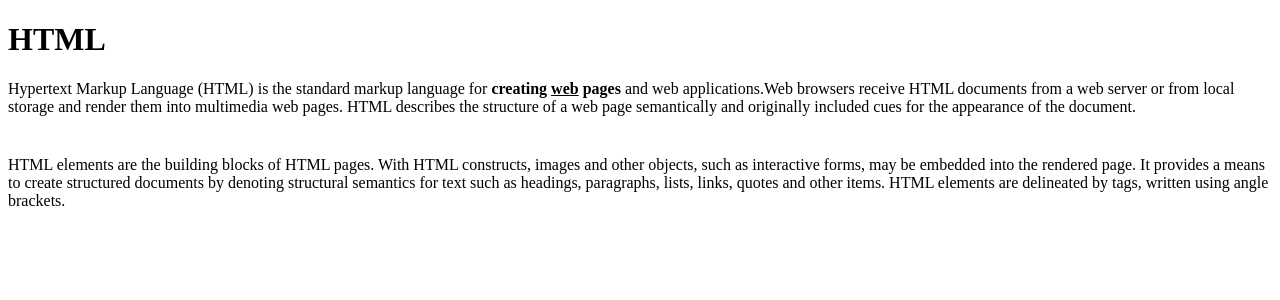
Repository: youngsik0405/Web-study
Page: Practice/WebContent/1.html
The author's editor kept a copy of each file at every save. The page is drawn from the files as they stood at one save, then again after the next save.
The browser window is 1280 px wide. The pictures show the whole page.

Above is the page before, as saved 2025-01-20 11:28:03.

After the next save:
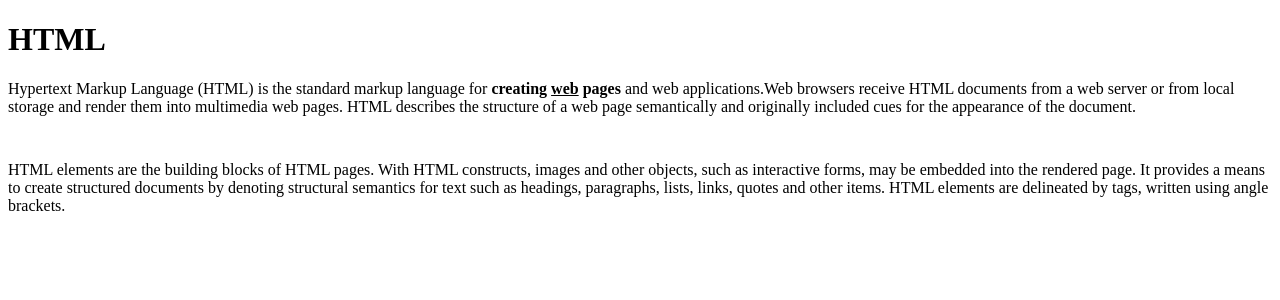
Saved 13 s later.
--- a/Practice/WebContent/1.html
+++ b/Practice/WebContent/1.html
@@ -8,7 +8,7 @@
 
 <h1>HTML</h1>
 Hypertext Markup Language (HTML) is the standard markup language for <strong>creating <u>web</u> pages</strong> and web applications.Web browsers receive HTML documents from a web server or from local storage and render them into multimedia web pages. HTML describes the structure of a web page semantically and originally included cues for the appearance of the document.
-</p><p style="margin-top:40px;">HTML elements are the building blocks of HTML pages. With HTML constructs, images and other objects, such as interactive forms, may be embedded into the rendered page. It provides a means to create structured documents by denoting structural semantics for text such as headings, paragraphs, lists, links, quotes and other items. HTML elements are delineated by tags, written using angle brackets.
+</p><p style="margin-top:45px;">HTML elements are the building blocks of HTML pages. With HTML constructs, images and other objects, such as interactive forms, may be embedded into the rendered page. It provides a means to create structured documents by denoting structural semantics for text such as headings, paragraphs, lists, links, quotes and other items. HTML elements are delineated by tags, written using angle brackets.
 
 
 </body>
